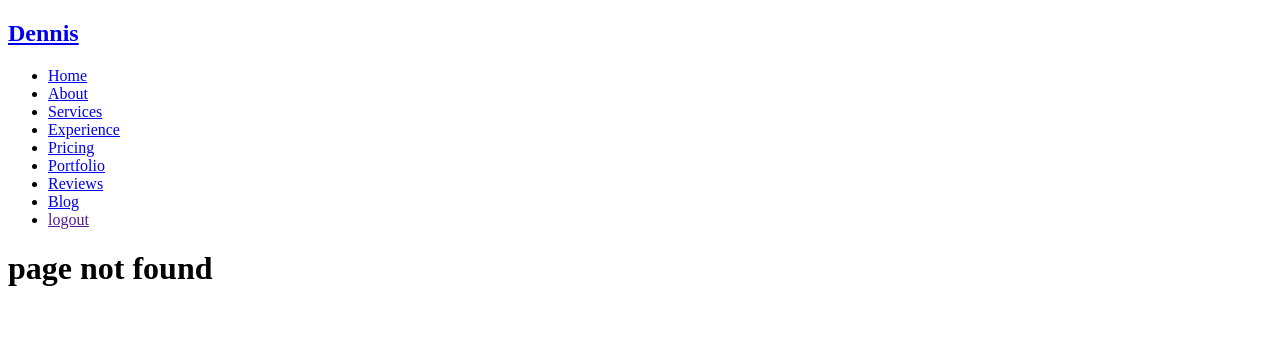
Repository: Teeticode/project_manager_tool
Page: http://localhost/portfolio/public/
These files come from the project's save history. The page is drawn as it stood at one moment and after the next save; the edit follows.
The browser window is 1280 px wide. The pictures show the whole page.
Some icons come from a web library that is not loaded, so they are not drawn. The page is run by PHP 8.4 with error messages shown; the project is at /var/www/html/.

Above is the page before, as saved 2022-09-07 00:31:22.
Console error: SyntaxError: Unexpected token '<'

### public/index.php
<?php

session_start();
require "../app/core/init.php";


$app = new App();

### app/core/init.php
<?php
spl_autoload_register(function($class_name){
    require "../app/models/" .$class_name . ".php";
});



require "config.php";
require "functions.php";
require "database.php";
require "model.php";
require "controller.php";
require "app.php";

### app/core/config.php
<?php

/***
 * app info
 */
define('APPNAME', 'Teeticolab');
define('APP_DESC', 'Teeti Colab');

/***
 * Database config
 */
if($_SERVER['SERVER_NAME'] == 'localhost')
{
    define("DBHOST", 'localhost');
    define("DBUSER", 'root');
    define("DBPASS", '');
    define("DBDRIVER", 'mysql');
    define("DBNAME", 'portfolio');
    define('ROOT', 'http://localhost/portfolio/public');

}else{
    define("DBHOST", 'localhost');
    define("DBUSER", 'root');
    define("DBPASS", '');
    define("DBDRIVER", 'mysql');
    define("DBNAME", 'portfolio');
    define('ROOT', 'http://localhost/portfolio/public');

}

### app/core/functions.php
<?php

function show($stuff)
{
    echo "<pre>";
    print_r($stuff);
    echo "</pre>";
}
function set_value($key){
    if(!empty($_POST[$key])){
        return $_POST[$key];
    }
    return '';
}
function redirect($link){
    header("Location: ". ROOT ."/".$link);
    die;
}
function message($msg = '', $erase = false){
    if(!empty($msg)){
        $_SESSION['message'] = $msg;
    }else{
        if(!empty($_SESSION['message'])){
            $msg = $_SESSION['message'];
            if($erase){
                unset($_SESSION['message']);
            }

            return $msg;
        }
    }
    return false;
}

### app/core/database.php
<?php

class Database
{
    private function connect()
    {

        $str = DBDRIVER.":hostname=".DBHOST.";dbname=".DBNAME;
        $conn = new PDO($str, DBUSER, DBPASS);
        return $conn;
    }
    public function query($query, $data = [],$type="object")
    {
        $conn = $this->connect();
        $stm = $conn -> prepare($query);
        if($stm)
        {
            $check=$stm->execute($data);
            if($check)
            {

                if($type == "object")
                {
                    $type = PDO::FETCH_OBJ;
                }else{
                    $type = PDO::FETCH_ASSOC;
                }
                $result = $stm ->fetchAll($type);
                if(is_array($result) && count($result) > 0)
                {
                    return $result;
                }
            }
        }
        return false;
    }

    public function create_tables()
    {
        $query = "
            CREATE TABLE IF NOT EXISTS `users` (
                `id` int(11) NOT NULL AUTO_INCREMENT,
                `email` varchar(100) NOT NULL,
                `password` varchar(255) NOT NULL,
                `userid` varchar(25) NOT NULL,
                `username` varchar(15) NOT NULL,
                `role` varchar(20) NOT NULL,
                `date` date DEFAULT NULL,
                PRIMARY KEY (`id`),
                KEY `email` (`email`),
                KEY `userid` (`userid`),
                KEY `username` (`username`),
                KEY `date` (`date`)
            ) ENGINE=InnoDB DEFAULT CHARSET=utf8mb4
        ";
        $this -> query($query);
    }
}

### app/core/model.php
<?php
    /**
     * main model class
     */
class Model extends Database
{
    protected $table = "";
    public function insert($data){
        //remove unwanted columns
        if(!empty($this->allowedColumns)){
            foreach($data as $key => $value){
                if(!in_array($key, $this->allowedColumns)){
                    unset($data[$key]);
                }
            }
        }
        $keys = array_keys($data);
        $query = "insert into " . $this->table;
        $query .="(".implode(",", $keys).") values (:".implode(",:", $keys).")";
        $this->query($query, $data);

    }

    public function where($data){
        //remove unwanted columns
        $keys = array_keys($data);
        $query = "SELECT * FROM ".$this->table." where ";
        foreach($keys as $key){
            $query .= $key . "=:" . $key . " && ";
        }
        $query = trim($query, "&& ");

        $result = $this->query($query, $data);
        if(is_array($result)){
            return $result;
        }
        return false;
    }
    public function first($data){
        //remove unwanted columns
        $keys = array_keys($data);
        $query = "SELECT * FROM ".$this->table." where ";
        foreach($keys as $key){
            $query .= $key . "=:" . $key . " && ";
        }
        $query = trim($query, "&& ");
        $query .= " order by id desc limit 1";

        $result = $this->query($query, $data);
        if(is_array($result)){
            return $result[0];
        }
        return false;
    }

}

### app/core/controller.php
<?php

class Controller
{
    public function view($view, $data = [])
    {
        extract($data);
        $filename = "../app/views/".$view.".view.php";
        if(file_exists($filename))
        {
            require $filename;
        }else{
            echo "could not find view file: ".$filename;
        }
    }
}

### app/core/app.php
<?php

class App
{
    protected $controller = '_404';
    protected $method = 'index';
    public static $page = '_404';
    function __construct()
    {
        $url = $this->getURL();
        $filename = "../app/controllers/".ucfirst($url[0]).".php";
        if(file_exists($filename))
        {
            require $filename;
            $this->controller = $url[0];
            self::$page = $url[0];
            unset($url[0]);
        }else{
            require "../app/controllers/".$this->controller.".php";
        }

        $mycontroller= new $this->controller();
        $mymethod = $url[1] ?? $this->method;
        if(!empty($url[1]))
        {
            if(method_exists($mycontroller, strtolower($mymethod)))
            {
                $this->method = strtolower($mymethod);
                unset($url[1]);
            }
        }

        $url = array_values($url);
        call_user_func_array([$mycontroller, $this->method], $url);
    }
    private function getURL()
    {
        $url = $_GET['url'] ?? 'home';
        $url = filter_var($url, FILTER_SANITIZE_URL);
        $arr = explode("/",$url);
        return $arr;
    }
}

### app/controllers/_404.php
<?php

class _404 extends Controller
{
    public function index()
    {
        $data['title'] = "404";
        $this->view('404', $data);
    }
}

### app/views/404.view.php

<?php $this->view('includes/header');?>

<?php $this->view('includes/nav');?>
    <div class="container-fluid p-4 text-center">
    <h1>page not found</h1>

    </div>


<?php $this->view('includes/footer');?>

### app/views/includes/header.view.php
<!DOCTYPE html>
<html lang="en">
<head>
    <meta charset="UTF-8">
    <meta http-equiv="X-UA-Compatible" content="IE=edge">
    <meta name="viewport" content="width=device-width, initial-scale=1.0">
    <!--=============== LINE ICONS ===============-->
    <link rel="stylesheet" href="https://cdn.lineicons.com/3.0/lineicons.css">

    <!--=============== SWIPER CSS ===============-->
    <link rel="stylesheet" href="https://unpkg.com/swiper@7/swiper-bundle.min.css">
    <link rel="stylesheet" href="<?=ROOT?>/portfolio/assets/css/swiper.min.css">

    <!--=============== CSS ===============-->
    <link rel="stylesheet" href="<?=ROOT?>/portfolio/assets/css/style.css">

    <title><?= ucfirst(App::$page)?> - <?=APPNAME?></title>
</head>
<body>

### app/views/includes/nav.view.php
<!--=============== HEADER ===============-->
<header id="header" class="header">
        <!--nav-->
        <nav class="nav container padd-15">
          <!--nav logo-->
          <a href="#" class="nav-logo">
            <h2>Dennis</h2>
          </a>
          <!--nav menu-->
          <div class="nav-menu" id="nav-menu">
            <!--nav list-->
            <ul class="nav-list">
                <li class="nav-item">
                    <a href="<?=ROOT?>/#home" class="nav-link active-link">Home</a>
                </li>
                <li class="nav-item">
                    <a href="<?=ROOT?>/#about" class="nav-link">About</a>
                </li>
                <li class="nav-item">
                    <a href="<?=ROOT?>/#services" class="nav-link">Services</a>
                </li>
                <li class="nav-item">
                    <a href="<?=ROOT?>/#experience" class="nav-link">Experience</a>
                </li>
                <li class="nav-item">
                    <a href="<?=ROOT?>/#pricing" class="nav-link">Pricing</a>
                </li>
                <li class="nav-item">
                    <a href="<?=ROOT?>/#portfolio" class="nav-link">Portfolio</a>
                </li>
                <li class="nav-item">
                    <a href="<?=ROOT?>/#testimonials" class="nav-link">Reviews</a>
                </li>
                <li class="nav-item">
                    <a href="<?=ROOT?>/#blog" class="nav-link">Blog</a>
                </li>
                <li class="nav-item">
                    <a href="<?php Auth::logout()?>" class="nav-link">logout</a>
                </li>
            </ul>
            <div class="nav-close" id="nav-close">
                <i class="lni lni-close"></i>
            </div>
          </div>
          <!--nav btns-->
        <div class="nav-btns">
            <!--theme change btn-->
            <i class="lni lni-pallet change-theme" id="theme-button"></i>
            <!--toggle btn-->
            <div class="nav-toggle" id="nav-toggle">
                <i class="lni lni-grid-alt"></i>
            </div>
        </div>
        </div>
        </nav>
    </header>

### app/models/Auth.php
<?php

class Auth {
    public static function authenticate($row){
        if(is_object($row)){
            $_SESSION['USER_DATA'] = $row;
        }
    }
    public static function logout(){
        if(!empty($_SESSION['USER_DATA'])){
            unset($_SESSION['USER_DATA']);

        }
        return false;
    }
    public static function logged_in(){
        if(!empty($_SESSION['USER_DATA'])){
            return true;
        }
        return false;
    }
    public static function is_admin(){
        if(!empty($_SESSION['USER_DATA'])){
            if($_SESSION['USER_DATA']->role == 'admin'){
                return true;
            }
        }
        return false;
    }

}

### app/views/includes/footer.view.php
<!--=============== SWIPER JS ===============-->
<script src="https://unpkg.com/swiper@7/swiper-bundle.min.js"></script>
    <script src="<?=ROOT?>/portfolio/assets/js/swiper.js"></script>
    <!--=============== JS ===============-->
    <script src="<?=ROOT?>/portfolio/assets/js/main.js"></script>
</body>
</html>

After the next save:
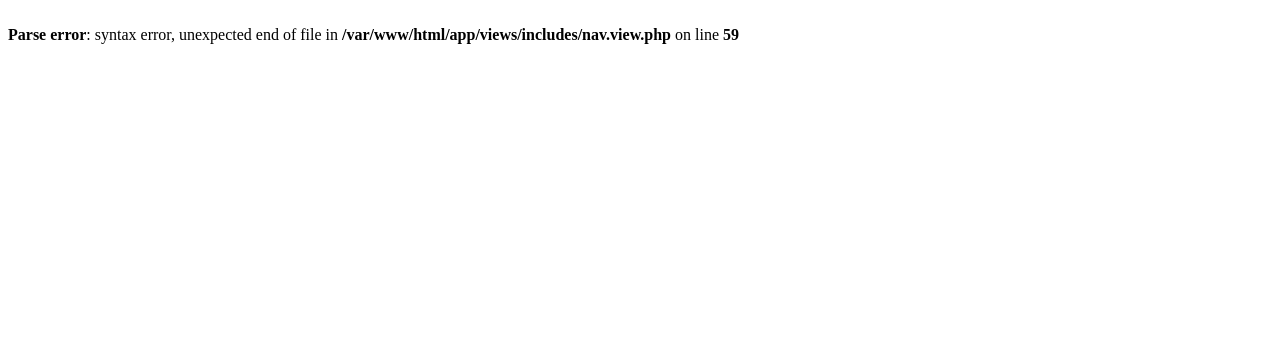
The error is gone.
Saved 9 h 12 min later.
--- a/app/views/includes/nav.view.php
+++ b/app/views/includes/nav.view.php
@@ -34,8 +34,11 @@
                 <li class="nav-item">
                     <a href="<?=ROOT?>/#blog" class="nav-link">Blog</a>
                 </li>
+                <?php if(!Auth::logged_in()):?>
+                    <a href="<?=ROOT?>/logout" class="nav-link">logout</a>
+                <?php else:?>
                 <li class="nav-item">
-                    <a href="<?php Auth::logout()?>" class="nav-link">logout</a>
+
                 </li>
             </ul>
             <div class="nav-close" id="nav-close">

After the save that followed:
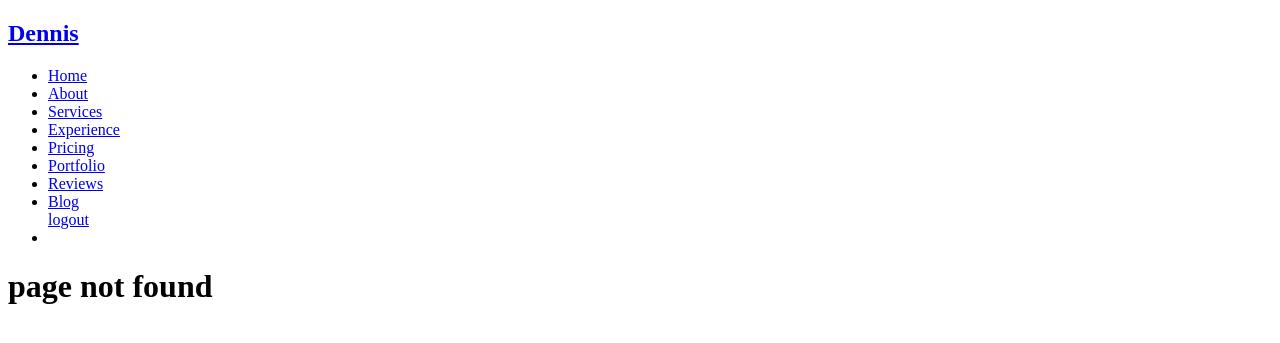
Console error: SyntaxError: Unexpected token '<'
Saved 16 s later.
--- a/app/views/includes/nav.view.php
+++ b/app/views/includes/nav.view.php
@@ -36,7 +36,7 @@
                 </li>
                 <?php if(!Auth::logged_in()):?>
                     <a href="<?=ROOT?>/logout" class="nav-link">logout</a>
-                <?php else:?>
+                <?php endif;?>
                 <li class="nav-item">
 
                 </li>
